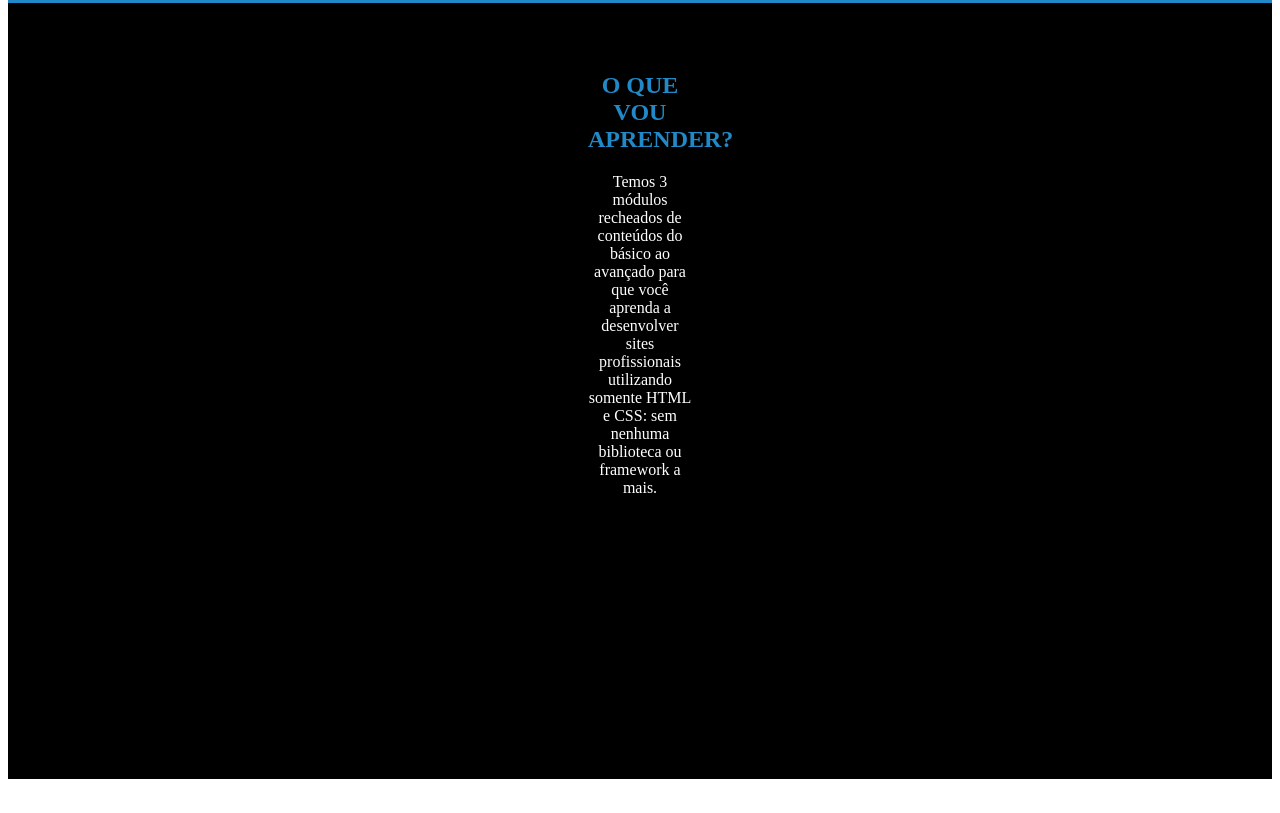
Repository: gustavotwist/trilha-css-desafio-01
Page: index.html
The author's editor kept a copy of each file at every save. The page is drawn from the files as they stood at one save, then again after the next save.
The browser window is 1280 px wide. The pictures show the part of the page from y = 449 to 1262 px (the page is 2055 px tall before and 2127 px after).
A picture or video elsewhere on the page could not be fetched, so the positions and the page height are approximate.

Above is the page before, as saved 2024-07-15 18:41:48.

After the next save:
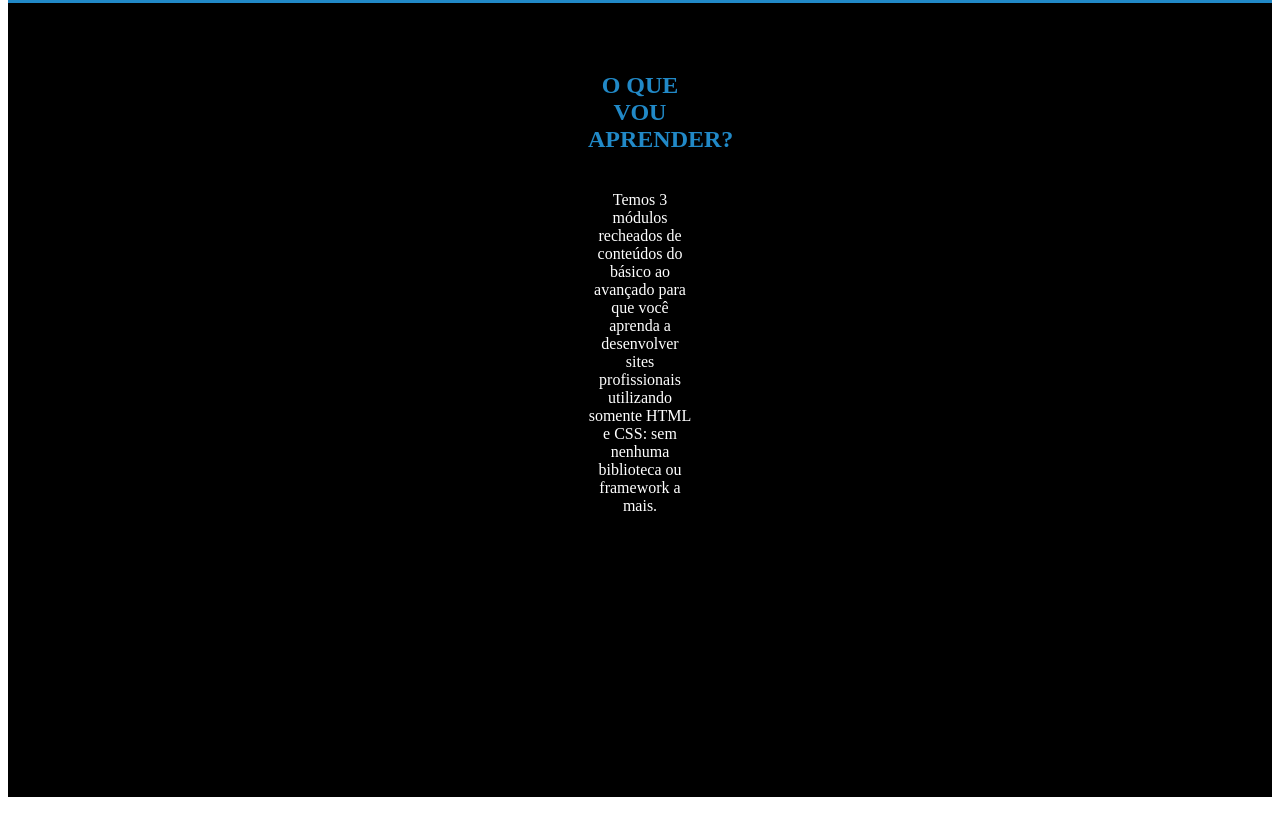
Saved 17 s later.
--- a/global.css
+++ b/global.css
@@ -39,7 +39,7 @@ button {
 
 section p{
     color: white;
-    white-space:;
+    white-space:pre-line;
 }
 
 
